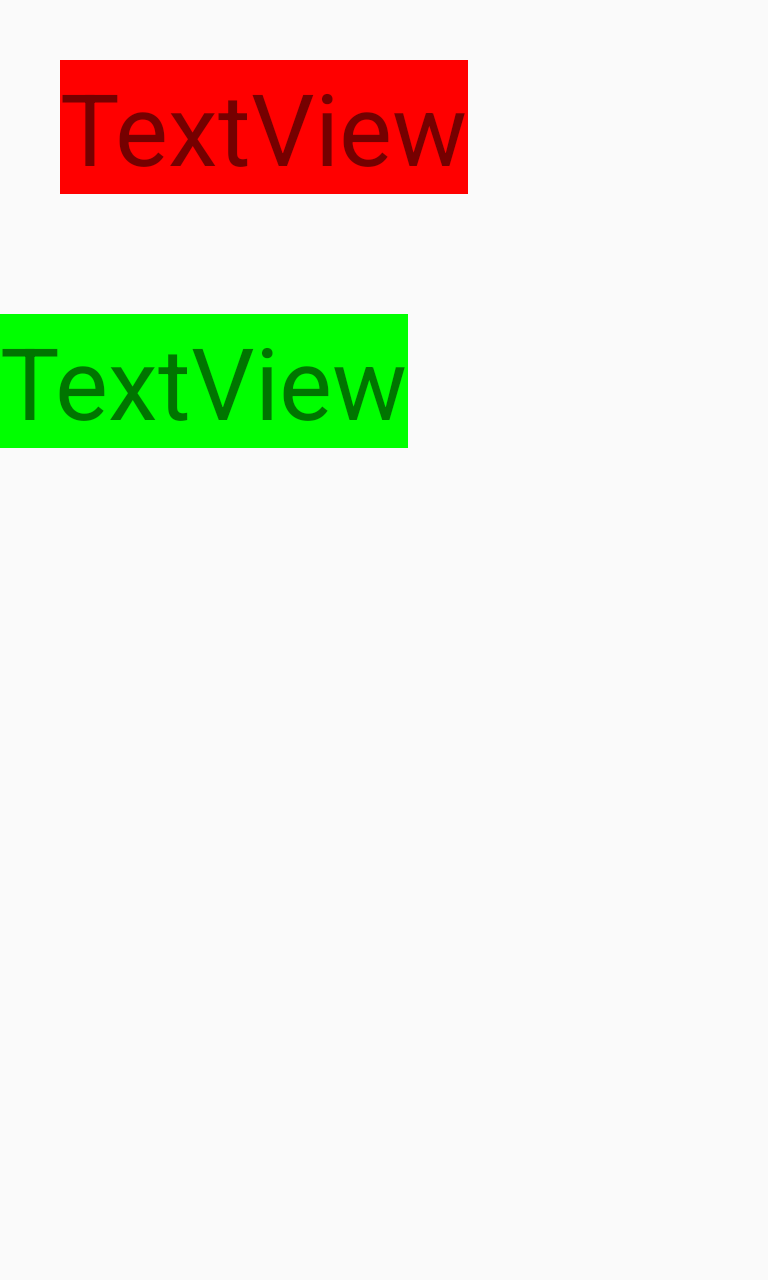
Repository: anqiongdy/androidworkspace
Layout: Layout/res/layout/first_layout.xml
An editor plug-in stored every save of this project. The layout is shown before and after the next save, followed by the edit.
It is drawn on a 768 x 1280 px phone screen (xhdpi) without system bars, with theme AppTheme; the app's code is not run.

Above is the layout before, as saved 2014-05-03 14:05:50.

After the next save:
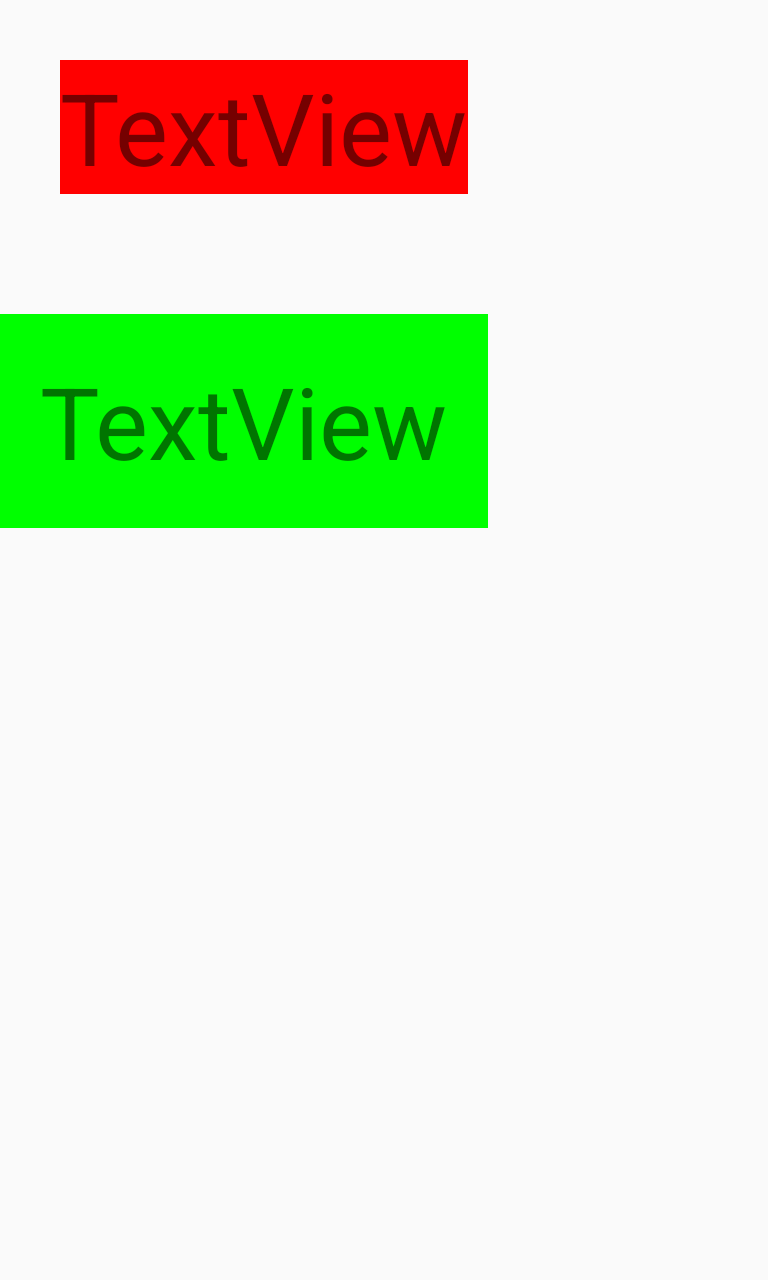
Saved 118 s later.
--- a/Layout/res/layout/first_layout.xml
+++ b/Layout/res/layout/first_layout.xml
@@ -16,6 +16,7 @@
         android:layout_height="wrap_content"
         android:background="#00FF00"
         android:layout_marginTop="30dp"
+        android:padding="20dp"
         android:textSize="50dp"
         android:text="TextView"/>
 
